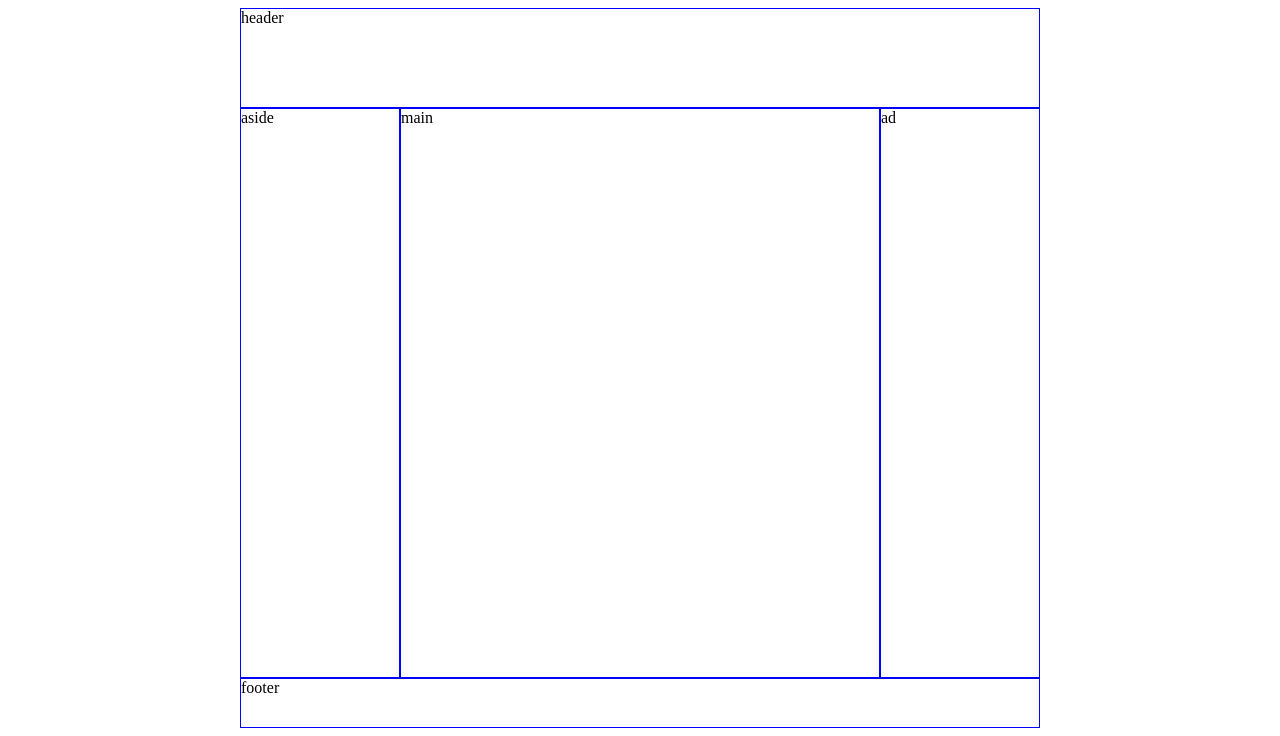
Repository: Lixianlai-2/Css-practice
Page: grid布局/template-area/index.html
An editor plug-in stored every save of this project. The page is shown before and after the next save, followed by the edit.
The browser window is 1280 px wide. The pictures show the whole page.

Above is the page before, as saved 2021-12-05 10:51:07.

After the next save:
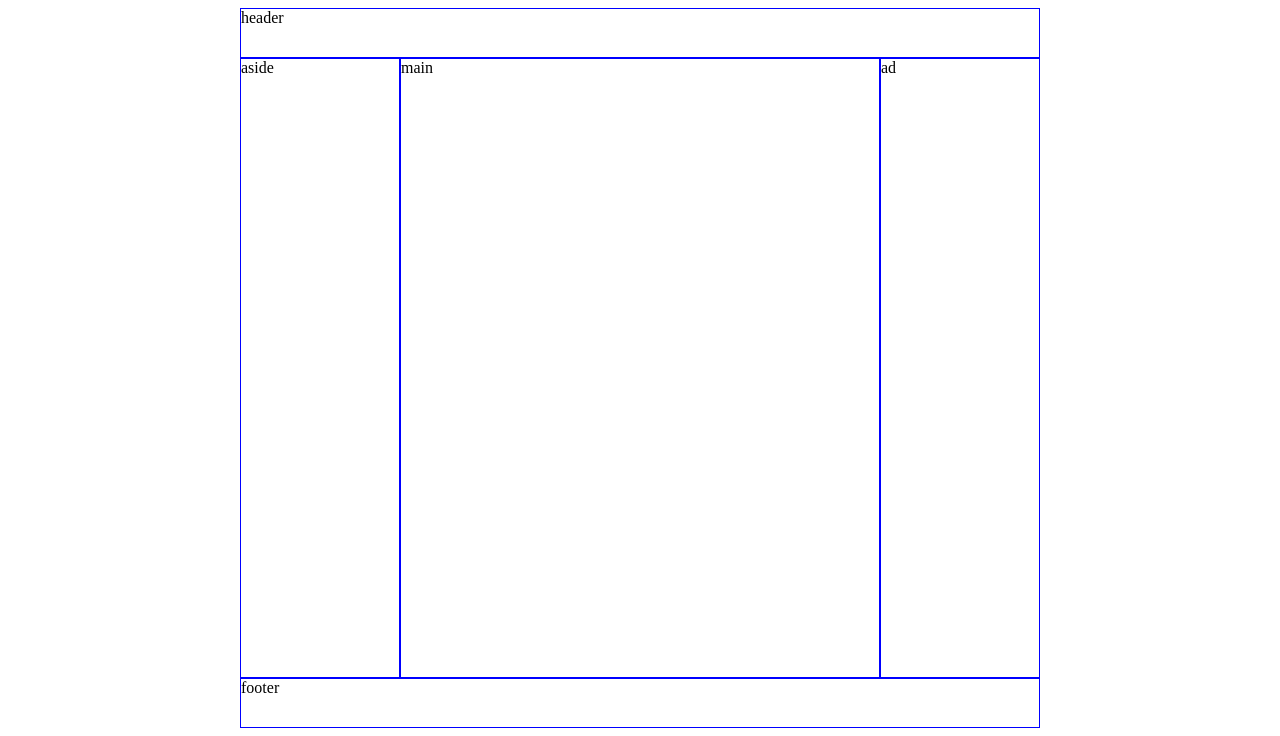
Saved 10 s later.
--- a/grid布局/template-area/style.css
+++ b/grid布局/template-area/style.css
@@ -9,7 +9,7 @@
     "footer footer footer";
   width: 800px;
   height: 100vh;
-  grid-template-rows: 100px auto 50px;
+  grid-template-rows: 50px auto 50px;
   grid-template-columns: 160px auto 160px;
 }
 
